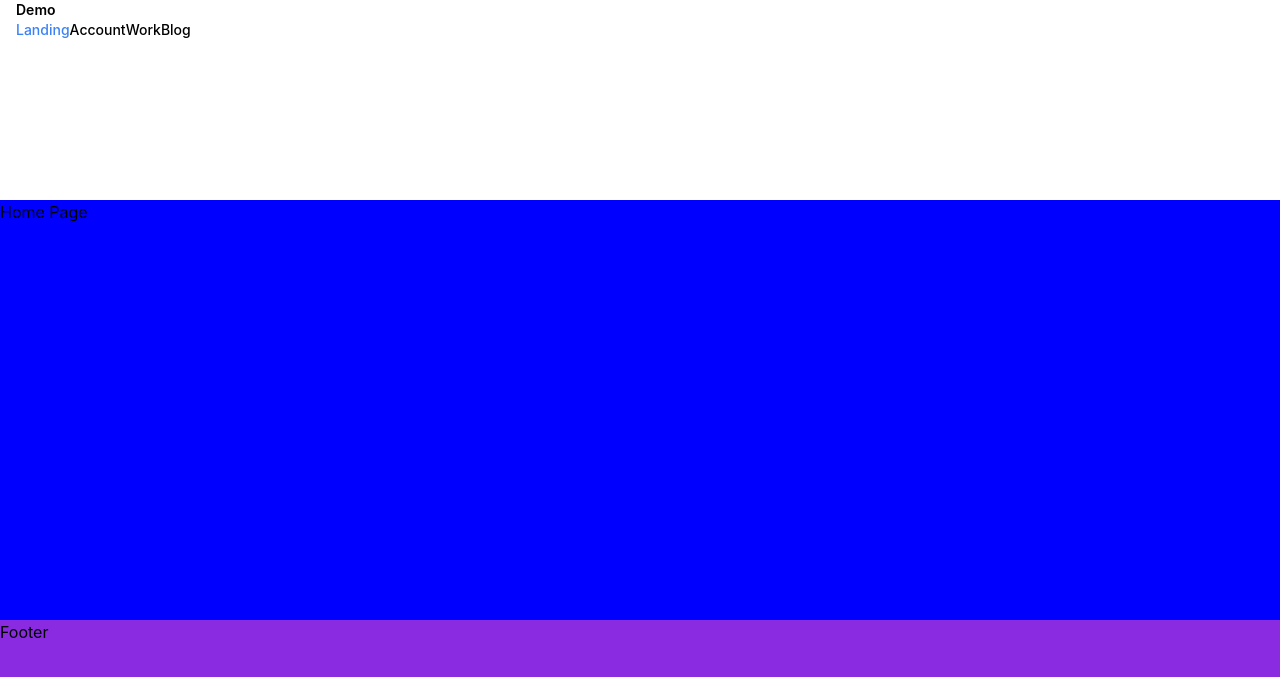
Repository: Coralee-Long/react-bits
Page: /
These files come from the project's save history. The page is drawn as it stood at one moment and after a run of saves; the edit follows.
The browser window is 1280 px wide. The pictures show the whole page.
The project was rebuilt for these pictures with package versions that can differ from the ones it lists, and the page was loaded fresh each time. Also part of the build but not shown: src/pages/ContactPage.js, src/components/projects/TailwindCheatsheet/components/TailwindGrid.utils.js, src/components/projects/TailwindCheatsheet/components/TailwindGrid.js, src/components/projects/TailwindCheatsheet/data/tailwindData.js, src/components/navigation/SideNavBar.js, src/pages/TailwindCheatsheetPage.js, src/pages/VideoGeneratorPage.js, src/pages/ChatGptPage.js and 4 more.

Above is the page before, as saved 2024-02-09 15:48:03.

### src/index.css
@tailwind base;
@tailwind components;
@tailwind utilities;

html,
body {
  font-family: -apple-system, BlinkMacSystemFont, 'Segoe UI', 'Roboto', 'Oxygen',
    'Ubuntu', 'Cantarell', 'Fira Sans', 'Droid Sans', 'Helvetica Neue',
    sans-serif;
  -webkit-font-smoothing: antialiased;
  -moz-osx-font-smoothing: grayscale;
  height: 100%;
  width: 100%;
  margin: 0;
  padding: 0;
  overflow-x: hidden; /* Prevents horizontal scroll */
  box-sizing: border-box;
}

#root {
  height: 100%;
}

### src/App.js
import { BrowserRouter as Router } from 'react-router-dom';
import AppRoutes from './routes/AppRoutes';
import Header from './layout/Header/Header';
import Footer from './layout/Footer/Footer';
import './App.css';

const App = () => {
  return (
    <div className="app-container">
      <Header />
      <main>
        <Router>
          <AppRoutes />
        </Router>
      </main>
      <Footer />
    </div>
  );
};

export default App;

### src/routes/AppRoutes.js
import { Routes, Route } from 'react-router-dom';
import HomePage from '../pages/HomePage.js';
import ContactPage from '../pages/ContactPage';
import TaiwindCheatsheetPage from '../pages/TailwindCheatsheetPage.js';
import VideoGeneratorPage from '../pages/VideoGeneratorPage.js';
import ChatGptPage from '../pages/ChatGptPage.js';
import ComparatorPage from '../pages/ComparatorPage.js';
import ContentfulPage from '../pages/Contentful.js';

const AppRoutes = () => {
  return (
    <Routes>
      <Route path="/" element={<HomePage />} />
      <Route path="/contact" element={<ContactPage />} />
      <Route path="/tailwind-cheatsheet" element={<TaiwindCheatsheetPage />} />
      <Route path="/video" element={<VideoGeneratorPage />} />
      <Route path="/chatgpt" element={<ChatGptPage />} />
      <Route path="/comparator" element={<ComparatorPage />} />
      <Route path="/contentful" element={<ContentfulPage />} />
    </Routes>
  );
};

export default AppRoutes;

### src/layout/Header/Header.js
import { Dropdown } from '../../components/commons/DropDown/Dropdown';

const Header = () => {
  return (
    <header className="flex flex-wrap sm:justify-start sm:flex-nowrap z-50 w-full bg-white text-sm py-4 dark:bg-gray-800">
      <Dropdown />

    </header>
  );
};
export default Header;

### src/layout/Footer/Footer.js
const Footer = () => {
  return (
    <footer>
      <h1>Footer</h1>
    </footer>
  );
};
export default Footer;

### src/App.css
@tailwind base;
@tailwind components;
@tailwind utilities;

.app-container {
  display: flex;
  flex-direction: column;
  min-height: 100vh;
}

main {
  flex-grow: 1;
  width: 100%;
  background-color: blue;
}

header {
  background-color: aquamarine;
  height: 200px;
  width: 100%;
}

footer {
  background-color: blueviolet;
  height: 100px;
  width: 100%;
}

### src/pages/HomePage.js
const HomePage = () => {
  return (
    <>
      <h1>Home Page</h1>
    </>
  );
};
export default HomePage;

### src/components/commons/DropDown/Dropdown.js
import { Link } from 'react-router-dom';
import pages from '../../../utils/pagesRegistry';

export const Dropdown = () => {
  return (
    <nav
      class="max-w-[85rem] w-full mx-auto px-4 sm:flex sm:items-center sm:justify-between"
      aria-label="Global"
    >
      <a class="flex-none text-xl font-semibold dark:text-white" href="#">
        Demo
      </a>
      <div class="flex flex-row items-center gap-5 mt-5 sm:justify-end sm:mt-0 sm:ps-5">
        <a
          class="font-medium text-blue-500 dark:focus:outline-none dark:focus:ring-1 dark:focus:ring-gray-600"
          href="#"
          aria-current="page"
        >
          Landing
        </a>
        <a
          class="font-medium text-gray-600 hover:text-gray-400 dark:text-gray-400 dark:hover:text-gray-500 dark:focus:outline-none dark:focus:ring-1 dark:focus:ring-gray-600"
          href="#"
        >
          Account
        </a>
        <a
          class="font-medium text-gray-600 hover:text-gray-400 dark:text-gray-400 dark:hover:text-gray-500 dark:focus:outline-none dark:focus:ring-1 dark:focus:ring-gray-600"
          href="#"
        >
          Work
        </a>
        <a
          class="font-medium text-gray-600 hover:text-gray-400 dark:text-gray-400 dark:hover:text-gray-500 dark:focus:outline-none dark:focus:ring-1 dark:focus:ring-gray-600"
          href="#"
        >
          Blog
        </a>
      </div>
    </nav>
  );
};

### src/utils/pagesRegistry.js
const pages = [
  { name: 'ChatGpt', path: '/chatgpt' },
  { name: 'Contact', path: '/contact' },
  { name: 'Contentful', path: '/contentful' },
  { name: 'VideoGenerator', path: '/video' },
  { name: 'TaiwindCheatsheet', path: '/tailwind-cheatsheet' },
  { name: 'Comparator', path: '/comparator' },
  { name: 'Contentful', path: '/contentful' },
];

export default pages;

### tailwind.config.js
/** @type {import('tailwindcss').Config} */

module.exports = {
  content: ['./node_modules/preline/preline.js'],
  plugins: [require('preline/plugin')],
};

Loaded but not shown: public/index.html (common file); src/index.js (common file); src/reportWebVitals.js (common file)

After the next 2 saves:
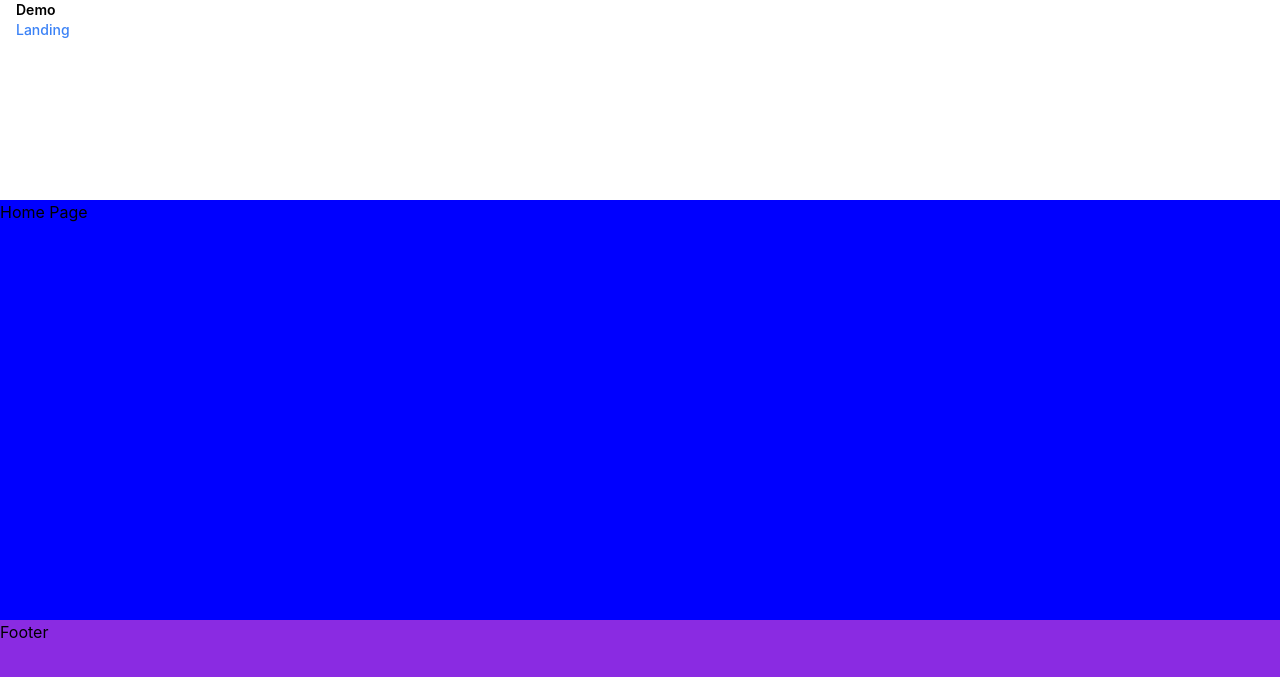
The 2 saves are shown as one change because they came seconds apart.
The last was saved 28 s later.
--- a/src/components/commons/DropDown/Dropdown.js
+++ b/src/components/commons/DropDown/Dropdown.js
@@ -18,24 +18,6 @@ export const Dropdown = () => {
         >
           Landing
         </a>
-        <a
-          class="font-medium text-gray-600 hover:text-gray-400 dark:text-gray-400 dark:hover:text-gray-500 dark:focus:outline-none dark:focus:ring-1 dark:focus:ring-gray-600"
-          href="#"
-        >
-          Account
-        </a>
-        <a
-          class="font-medium text-gray-600 hover:text-gray-400 dark:text-gray-400 dark:hover:text-gray-500 dark:focus:outline-none dark:focus:ring-1 dark:focus:ring-gray-600"
-          href="#"
-        >
-          Work
-        </a>
-        <a
-          class="font-medium text-gray-600 hover:text-gray-400 dark:text-gray-400 dark:hover:text-gray-500 dark:focus:outline-none dark:focus:ring-1 dark:focus:ring-gray-600"
-          href="#"
-        >
-          Blog
-        </a>
       </div>
     </nav>
   );
